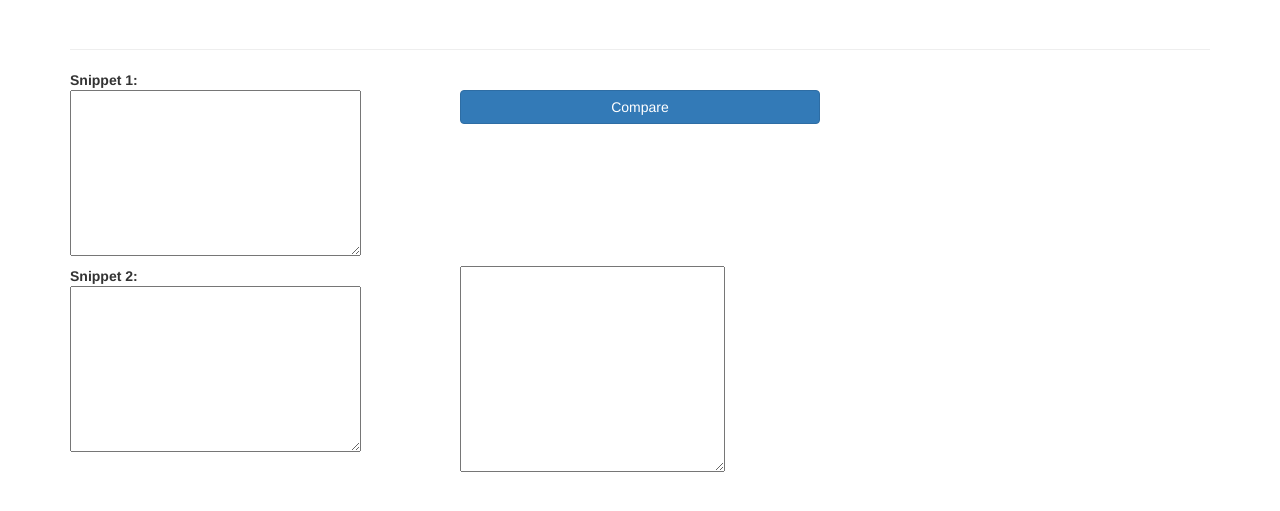
Repository: d4rkm3z/JSPerfomance
Page: index.html
These files come from the project's save history. The page is drawn as it stood at one moment and after a run of saves; the edit follows.
The browser window is 1280 px wide. The pictures show the whole page.

Above is the page before, as saved 2016-10-25 14:08:09.

### index.html
<!DOCTYPE html>
<html lang="en">

<head>
  <title></title>
  <meta charset="UTF-8">
  <meta name="viewport" content="width=device-width, initial-scale=1">
  <link href="src/css/style.css" rel="stylesheet">
  <link href="src/bootstrap/css/bootstrap.min.css" rel="stylesheet">
</head>

<body>
  <div class="container">
    <div class="page-header"></div>
    <div class="row">
      <div class="col-sm-4">
        <label>
          Snippet 1:<br>
          <span class="snippets-group span-snippets">
            <textarea id="" rows="8" cols="30"></textarea>
          </span>
        </label>
      </div>
      <div class="col-sm-4">
        <button type="button" class="btn btn-primary btn-default btn-block btn-compare">Compare</button>
      </div>
    </div>
    <div class="row">
      <div class="col-sm-4">
        <label>
          Snippet 2:<br>
          <span class="snippets-group span-snippets">
            <textarea id="" rows="8" cols="30"></textarea>
          </span>
        </label>
      </div>
      <div class="col-sm-4">
        <span class="snippets-group snippet-result">
          <textarea id="result" rows="10" cols="30"></textarea>
        </span>
      </div>
    </div>
  </div>
  <script src="src/js/app.js"></script>
</body>

</html>

### src/css/style.css
.btn-compare{
  margin-top:20px !important;
}

Loaded but not shown: src/bootstrap/css/bootstrap.min.css (library); src/js/app.js (no copy from this time; the picture is the same without it)

After the next 3 saves:
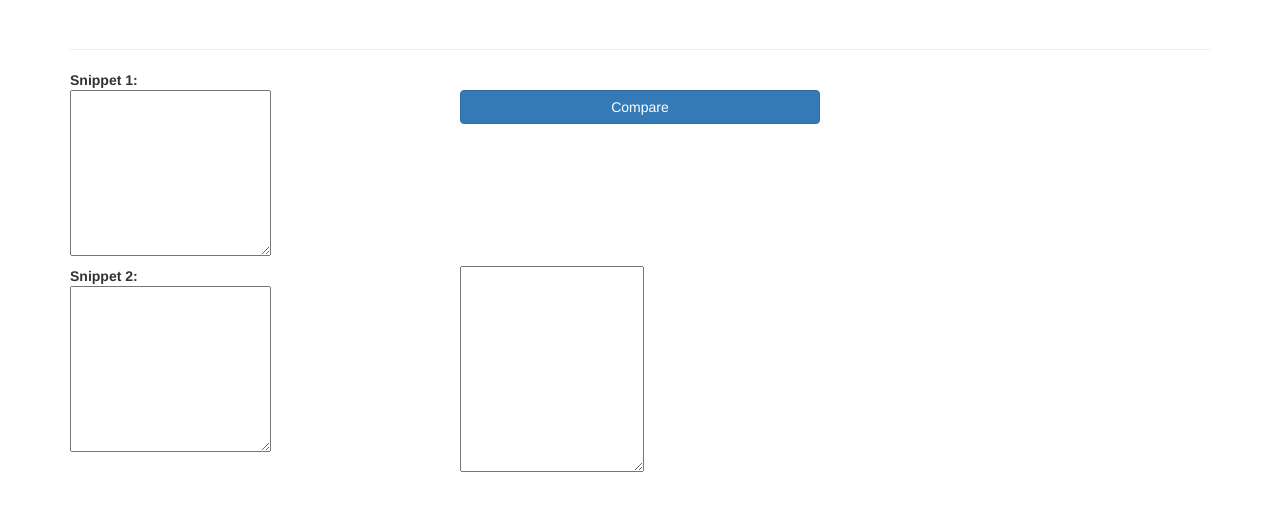
The 3 saves are shown as one change because they came seconds apart.
The last was saved 94 s later.
--- a/index.html
+++ b/index.html
@@ -17,7 +17,7 @@
         <label>
           Snippet 1:<br>
           <span class="snippets-group span-snippets">
-            <textarea id="" rows="8" cols="30"></textarea>
+            <textarea id="" rows="8" cols="20"></textarea>
           </span>
         </label>
       </div>
@@ -30,13 +30,13 @@
         <label>
           Snippet 2:<br>
           <span class="snippets-group span-snippets">
-            <textarea id="" rows="8" cols="30"></textarea>
+            <textarea id="" rows="8" cols="20"></textarea>
           </span>
         </label>
       </div>
       <div class="col-sm-4">
         <span class="snippets-group snippet-result">
-          <textarea id="result" rows="10" cols="30"></textarea>
+          <textarea id="result" rows="10" cols="20"></textarea>
         </span>
       </div>
     </div>
